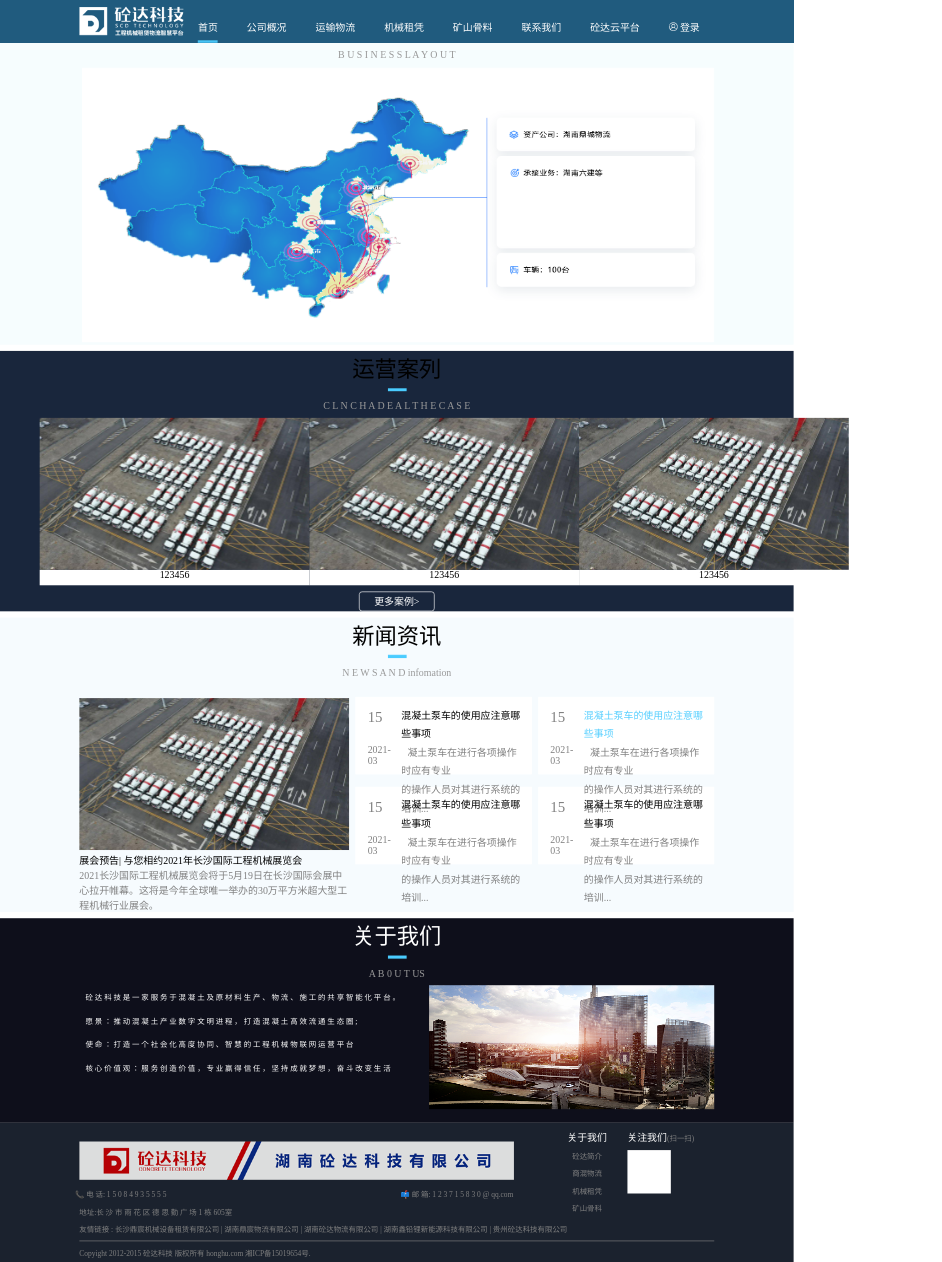
Repository: nzrdjdj/nzrdjdj.github.io
Page: index.html
An editor plug-in stored every save of this project. The page is shown before and after the next save, followed by the edit.
The browser window is 1280 px wide. The page is 1369 px wide, then 1519 px, then 1369 px, so the pictures cover 1519 px, including what lies to the right of the window. The pictures show the whole page, at 62% of full size.

Above is the page before, as saved 2021-10-09 10:18:56.
Console error: TypeError: Cannot read properties of undefined (reading 'style')

### index.html
<!DOCTYPE html>
<html lang="en">

<head>
    <meta charset="UTF-8">
    <meta http-equiv="X-UA-Compatible" content="IE=edge">
    <meta name="viewport" content="width=device-width, initial-scale=1.0">
    <title>首页</title>
    <link rel="stylesheet" href="./css/index.css">
    <link rel="stylesheet" href="./css/lunbo.css">

</head>

<body>
    <div class="all">
        <div class="head">
            <div class="lunbox">
                <div class="lunbo1" id="lonzun">
                    <img style="display: block;" src="./images/slider/bg1.png" alt="">
                    <img src="./images/slider/bg3.jpg" />
                    <img src="./images/slider/bg2.jpg" />
                </div>
                <!-- <img src="./images/slider/bg1.png" />
                <img src="./images/slider/bg3.jpg" />
                <img src="./images/slider/bg2.jpg" /> -->
            </div>
            <div class="head-title">
                <div class="head-nav">
                    <div class="left">
                        <image class="" src="./images/logo.png" mode="widthFix" />
                    </div>
                    <div class="right">
                        <div class="hover">首页</div>
                        <div>公司概况</div>
                        <div>运输物流</div>
                        <div>机械租凭</div>
                        <div>矿山骨料</div>
                        <div>联系我们</div>
                        <div>砼达云平台</div>
                        <div>
                            <image class="" src="./images/dl.png" "/>
                            登录
                        </div>
                    </div>
                </div>
            </div>
        </div>
        <div class=" main">
                                <!-- 业务 -->
                                <div class="firstmain">
                                    <div class="firstmain-info">业务布局</div>
                                    <div class="first-border">
                                        <image class="" src="./images/partners/bar.png" />
                                    </div>
                                    <div class="colorstyle">B U S I N E S S L A Y O U T</div>
                                    <div class="main-img">
                                        <image style="width: 80%;margin-top: 10px;" src="./images/partners/map.png"
                                            mode="widthFix" />
                                    </div>
                                </div>
                                <!-- 运营 -->
                                <div class="mainCenter">
                                    <div class="firstmain-info">运营案列</div>
                                    <div class="first-border">
                                        <image class="" src="./images/partners/bar.png" />
                                    </div>
                                    <div class="colorstyle">C L N C H A D E A L T H E C A S E</div>
                                    <div class="pgimg">
                                        <div class="img">
                                            <div class="yui">
                                                <image style="width: 435px;height: 245px;"
                                                    src="./images/partners/car2.png" />
                                                <div class="zzhao">
                                                    <div>查看案例详情</div>
                                                </div>
                                            </div>
                                            <div class="icon">123456</div>
                                        </div>
                                        <div class="img">
                                            <div class="yui">
                                                <image style="width: 435px;height: 245px;"
                                                    src="./images/partners/car2.png" />
                                                <div class="zzhao">
                                                    <div>查看案例详情</div>
                                                </div>
                                            </div>
                                            <div class="icon">123456</div>
                                        </div>
                                        <div class="img">
                                            <div class="yui">
                                                <image style="width: 435px;height: 245px;"
                                                    src="./images/partners/car2.png" />
                                                <div class="zzhao">
                                                    <div>查看案例详情</div>
                                                </div>
                                            </div>
                                            <div class="icon">123456</div>
                                        </div>
                                    </div>
                                    <div class="anli">
                                        <div>更多案例></div>
                                    </div>
                                </div>
                                <!-- 新闻资讯 -->
                                <div class="ctenrnew">
                                    <div class="xinwen">
                                        <div class="firstmain-info">新闻资讯</div>
                                        <div class="first-border">
                                            <image class="" src="./images/partners/bar.png" />
                                        </div>
                                        <div class="colorstyle">N E W S A N D infomation</div>
                                    </div>
                                    <div class="news">
                                        <div style="    padding-top: 22px;">
                                            <div>
                                                <image style="width: 435px;height: 245px;"
                                                    src="./images/partners/car2.png" />
                                            </div>
                                            <div style="width: 435px;">
                                                展会预告| 与您相约2021年长沙国际工程机械展览会<br>
                                                <span
                                                    style="color: gray;">2021长沙国际工程机械展览会将于5月19日在长沙国际会展中心拉开帷幕。这将是今年全球唯一举办的30万平方米超大型工程机械行业展会。</span>
                                            </div>
                                        </div>
                                        <div>
                                            <div
                                                style="height: 125px; margin-top: 20px; background-color: #fff;margin-left:10px;">
                                                <div style="display: flex;">
                                                    <div style="margin-left: 20px; margin-top: 20px;">
                                                        <div style="color: gray;font-size: 24px;">15</div>
                                                        <div style="color: gray;margin-top: 30px;">2021-03</div>
                                                    </div>
                                                    <div style="padding: 15px; line-height: 30px;">
                                                        <div>混凝土泵车的使用应注意哪些事项</div>
                                                        <span
                                                            style="color: gray;margin-top: 30px;padding-top: 20px; margin-left: 10px;">凝土泵车在进行各项操作时应有专业<br>的操作人员对其进行系统的培训...</span>
                                                    </div>
                                                </div>
                                            </div>
                                            <div
                                                style="height: 125px; margin-top: 20px; background-color: #fff;margin-left:10px;">
                                                <div style="display: flex;">
                                                    <div style="margin-left: 20px; margin-top: 20px;">
                                                        <div style="color: gray;font-size: 24px;">15</div>
                                                        <div style="color: gray;margin-top: 30px;">2021-03</div>
                                                    </div>
                                                    <div style="padding: 15px; line-height: 30px;">
                                                        <div>混凝土泵车的使用应注意哪些事项</div>
                                                        <span
                                                            style="color: gray;margin-top: 30px;padding-top: 20px; margin-left: 10px;">凝土泵车在进行各项操作时应有专业<br>的操作人员对其进行系统的培训...</span>
                                                    </div>
                                                </div>
                                            </div>
                                        </div>
                                        <div>
                                            <div
                                                style="height: 125px; margin-top: 20px; background-color: #fff;margin-left:10px;">
                                                <div style="display: flex;">
                                                    <div style="margin-left: 20px; margin-top: 20px;">
                                                        <div style="color: gray;font-size: 24px;">15</div>
                                                        <div style="color: gray;margin-top: 30px;">2021-03</div>
                                                    </div>
                                                    <div style="padding: 15px; line-height: 30px;">
                                                        <div style="color: #56CFFF;">混凝土泵车的使用应注意哪些事项</div>
                                                        <span
                                                            style="color: gray;margin-top: 30px;padding-top: 20px; margin-left: 10px;">凝土泵车在进行各项操作时应有专业<br>的操作人员对其进行系统的培训...</span>
                                                    </div>
                                                </div>
                                            </div>
                                            <div
                                                style="height: 125px; margin-top: 20px; background-color: #fff;margin-left:10px;">
                                                <div style="display: flex;">
                                                    <div style="margin-left: 20px; margin-top: 20px;">
                                                        <div style="color: gray;font-size: 24px;">15</div>
                                                        <div style="color: gray;margin-top: 30px;">2021-03</div>
                                                    </div>
                                                    <div style="padding: 15px; line-height: 30px;">
                                                        <div>混凝土泵车的使用应注意哪些事项</div>
                                                        <span
                                                            style="color: gray;margin-top: 30px;padding-top: 20px; margin-left: 10px;">凝土泵车在进行各项操作时应有专业<br>的操作人员对其进行系统的培训...</span>
                                                    </div>
                                                </div>
                                            </div>
                                        </div>
                                    </div>
                                </div>
                                <!-- 关于我们 -->
                                <div class="about">
                                    <div class="xinwen">
                                        <div class="ab">关于我们</div>
                                        <div class="first-border">
                                            <image class="" src="./images/partners/bar.png" />
                                        </div>
                                        <div class="colorstyle">A B 0 U T US</div>
                                    </div>
                                    <div class="aboutinfo">
                                        <div class="oneaboutinfo">
                                            <div style="padding-left:10px;"> 砼 达 科 技 是 一 家 服 务 于 混 凝 土 及 原 材 料 生 产 、 物 流
                                                、 施 工 的 共 享 智 能 化 平 台 。</div>
                                            <div>愿 景 ： 推 动 混 凝 土 产 业 数 字 文 明 进 程 ， 打 造 混 凝 土 高 效 流 通 生 态 圈 ; </div>
                                            <div>使 命 ： 打 造 一 个 社 会 化 高 度 协 同 、 智 慧 的 工 程 机 械 物 联 网 运 营 平 台 </div>
                                            <div> 核 心 价 值 观 ： 服 务 创 造 价 值 ， 专 业 赢 得 信 任 ， 坚 持 成 就 梦 想 ， 奋 斗 改 变 生 活
                                            </div>
                                        </div>
                                        <div>
                                            <image style="height:200px;width: 460px;" src="./images/partners/city.png"
                                                mode="widthFix" />
                                        </div>
                                    </div>
                                </div>
                        </div>
                    </div>
                    <div class="footer">
                        <div class="footerinfo">
                            <div class="left">
                                <div>
                                    <image style="margin-top: 30px;" src="./images/banner1.png" />
                                </div>
                                <div style="display: flex; justify-content: space-between;width: 700px;">
                                    <div style="margin-top: 10px; margin-left: -10px;">
                                        <image src="" />
                                        📞 电 话: 1 5 0 8 4 9 3 5 5 5 5
                                    </div>
                                    <div style="margin-top: 10px;">📫 邮 箱: 1 2 3 7 1 5 8 3 0 @ qq.com</div>
                                </div>
                                <div style="margin-top: 10px;">
                                    地址:长 沙 市 雨 花 区 德 思 勤 广 场 1 栋 605室
                                </div>
                                <div style="margin-top: 10px;">
                                    友情链接 : 长沙鼎宸机械设备租赁有限公司 | 湖南鼎宸物流有限公司 | 湖南砼达物流有限公司 | 湖南鑫铅锂新能源科技有限公司 | 贵州砼达科技有限公司
                                </div>
                            </div>
                            <div class="right">
                                <div style="text-align: center;">
                                    <div style="color: #fff;">关于我们</div>
                                    <div class="font">砼达简介</div>
                                    <div class="font">商混物流</div>
                                    <div class="font">机械租凭</div>
                                    <div class="font">矿山骨科</div>
                                </div>
                                <div>
                                    <div style="color: #fff;">关注我们<span
                                            style="color: gray;font-size: 12px;">(扫一扫)</span></div>
                                    <div class="ewm"></div>
                                </div>
                            </div>
                        </div>
                        <div class="last">
                            <div class="last-info font"></div>
                            <div class="font">Copyight 2012-2015 砼达科技 版权所有 honghu.com 湘ICP备15019654号.</div>
                        </div>
                    </div>
                    <script>
                        var nei = document.getElementById("lonzun").children;
                        // var left = document.getElementsByClassName("left")[0];
                        var lunbox = document.getElementsByClassName("lunbox")[0];
                        // var right = document.getElementsByClassName("right")[0];
                        // var bu = document.getElementById("bu").children;
                        var index = 0
                        function str() {
                            index++
                            if (index >= 6) {
                                index = 0;
                            }
                            main()
                        }

                        function main() {
                            for (var i = 0; i < nei.length; i++) {
                                nei[i].style.display = "none"
                                // bu[i].classList.remove("hei")
                            }
                            nei[index].style.display = "block"
                            // bu[index].classList.add("hei")
                        }

                        item = setInterval(str, 1000)
                        // 自动轮播
                        lunbox.onmouseover = function () {
                            clearInterval(item)
                        }
                        lunbox.onmouseout = function () {
                            item = setInterval(str, 1000)
                        }
                    </script>
</body>

</html>

### css/lunbo.css
.lunbo1 img{
    width: 1519px;
    height: 730px;
    position: absolute;
    display: none;
}
.lunbo{
    height: 730px;
}

Loaded but not shown: css/index.css (205 lines, source omitted)

After the next save:
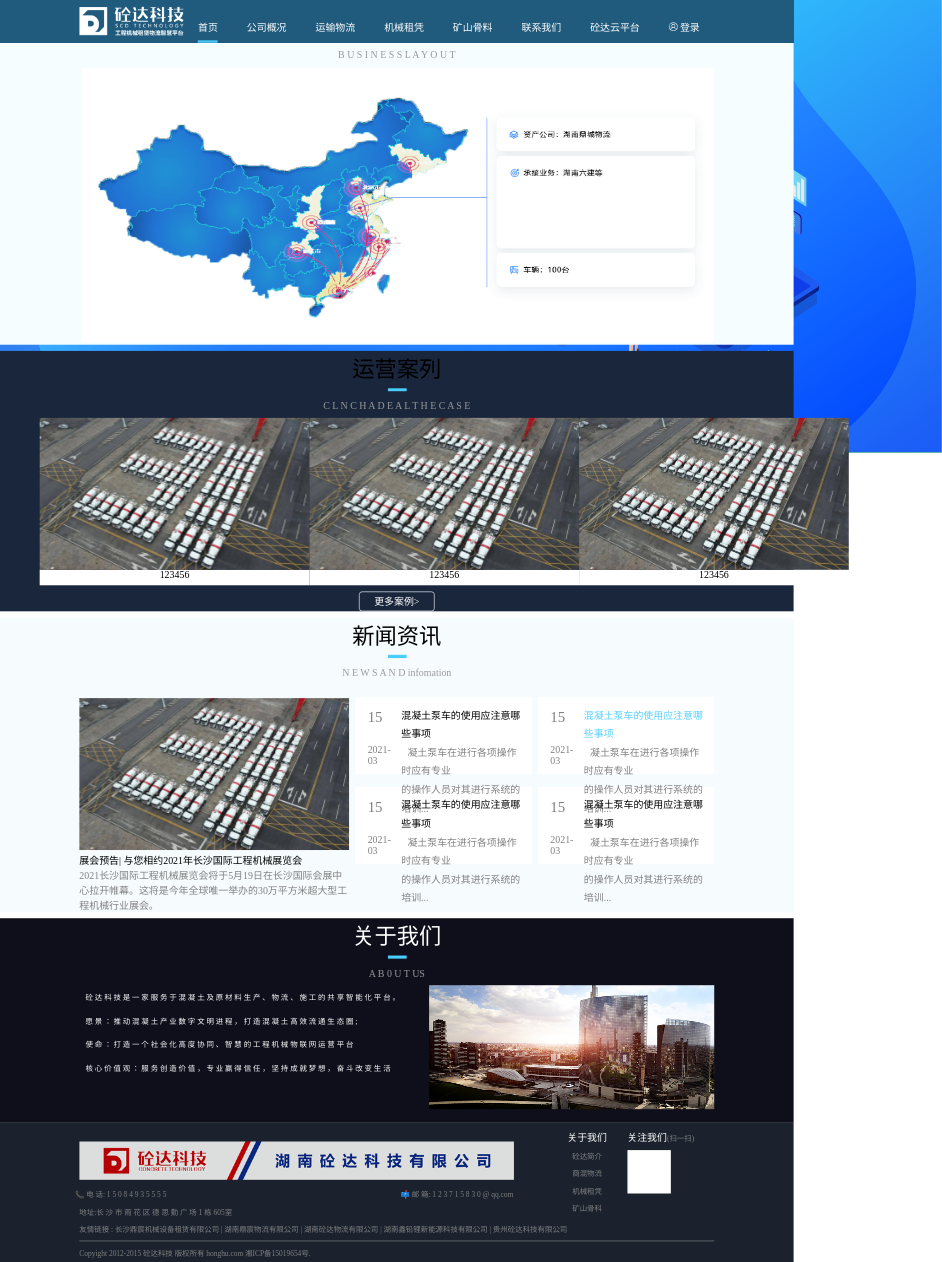
Console error: ReferenceError: nei is not defined
Saved 39 s later.
--- a/index.html
+++ b/index.html
@@ -251,7 +251,7 @@
                         </div>
                     </div>
                     <script>
-                        var nei = document.getElementById("lonzun").children;
+                        var lonzun = document.getElementById("lonzun").children;
                         // var left = document.getElementsByClassName("left")[0];
                         var lunbox = document.getElementsByClassName("lunbox")[0];
                         // var right = document.getElementsByClassName("right")[0];

After the 2 saves that followed:
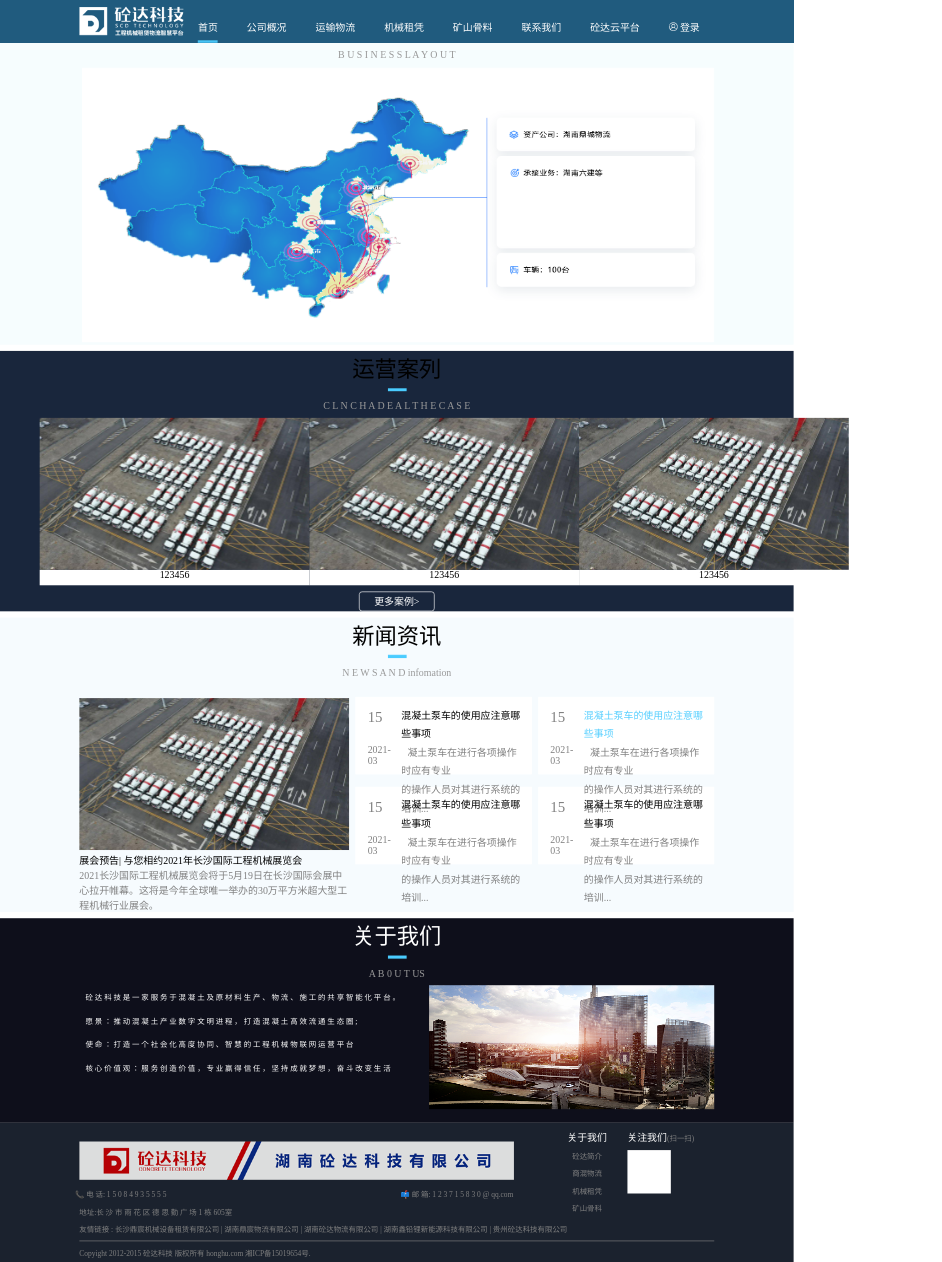
Console error: TypeError: Cannot read properties of undefined (reading 'style')
The 2 saves are shown as one change because they came seconds apart.
The last was saved 6 s later.
--- a/index.html
+++ b/index.html
@@ -266,11 +266,11 @@
                         }
 
                         function main() {
-                            for (var i = 0; i < nei.length; i++) {
-                                nei[i].style.display = "none"
+                            for (var i = 0; i < lonzun.length; i++) {
+                                lonzun[i].style.display = "none"
                                 // bu[i].classList.remove("hei")
                             }
-                            nei[index].style.display = "block"
+                            lonzun[index].style.display = "block"
                             // bu[index].classList.add("hei")
                         }
 
